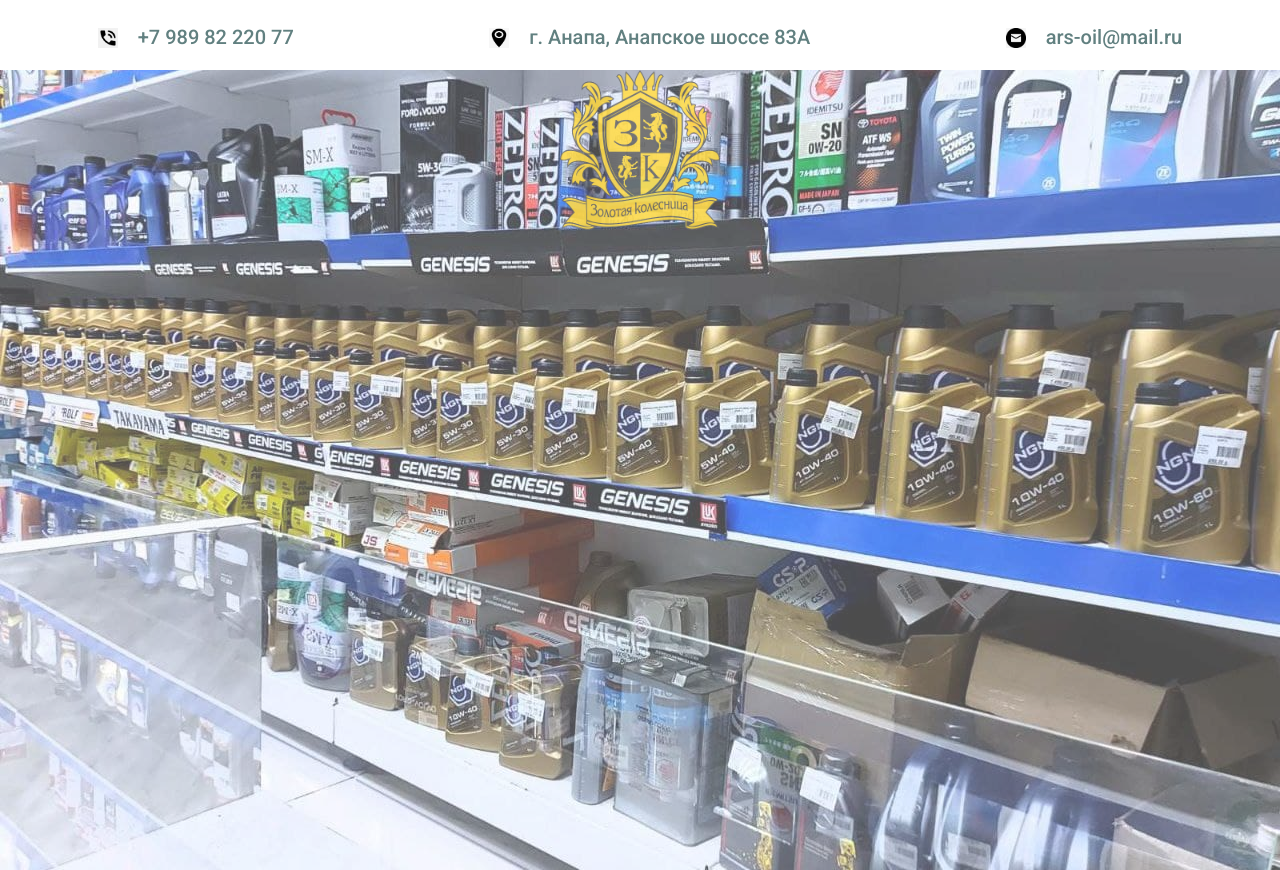
Repository: Vahe4836/new-project--Vahe
Page: /
An editor plug-in stored every save of this project. The page is shown before and after the next save, followed by the edit.
The browser window is 1280 px wide. The pictures show the whole page.
The project was rebuilt for these pictures with package versions that can differ from the ones it lists, and the page was loaded fresh each time.

Above is the page before, as saved 2022-02-25 14:52:35.

### public/index.html
<!DOCTYPE html>
<html lang="en">
  <head>
    <meta charset="utf-8" />
    <link rel="icon" href="%PUBLIC_URL%/favicon.ico" />
    <meta name="viewport" content="width=device-width, initial-scale=1" />
    <meta name="theme-color" content="#000000" />
    <meta
      name="description"
      content="Web site created using create-react-app"
    />
    <link rel="apple-touch-icon" href="%PUBLIC_URL%/logo192.png" />
    <!--
      manifest.json provides metadata used when your web app is installed on a
      user's mobile device or desktop. See https://developers.google.com/web/fundamentals/web-app-manifest/
    -->
    <link rel="manifest" href="%PUBLIC_URL%/manifest.json" />
    <!--
      Notice the use of %PUBLIC_URL% in the tags above.
      It will be replaced with the URL of the `public` folder during the build.
      Only files inside the `public` folder can be referenced from the HTML.

      Unlike "/favicon.ico" or "favicon.ico", "%PUBLIC_URL%/favicon.ico" will
      work correctly both with client-side routing and a non-root public URL.
      Learn how to configure a non-root public URL by running `npm run build`.
    -->
    <title>Золотая колесница</title>
  </head>
  <body>
    <noscript>You need to enable JavaScript to run this app.</noscript>
    <div id="root"></div>
    <!--
      This HTML file is a template.
      If you open it directly in the browser, you will see an empty page.

      You can add webfonts, meta tags, or analytics to this file.
      The build step will place the bundled scripts into the <body> tag.

      To begin the development, run `npm start` or `yarn start`.
      To create a production bundle, use `npm run build` or `yarn build`.
    -->
  </body>
</html>

### src/App.js
import React from 'react';
import './App.css';
import Header from './Layouts/Header/Header';

function App() {
  return (
    <Header />
  )

}

export default App;

### src/Layouts/Header/Header.jsx
import React from "react";
import style from "./Header.module.scss";
import geo from "../../Images/Geo.png";
import mail from "../../Images/mail.jpg";
import tel from "../../Images/Tel.png";
import logo from "../../Images/logo.png";

export default function Header() {
  return (
    <>
      <div className={style.adressbox}>
        <ul>
          <li>
            {" "}
            <img src={tel} width={20} height={20} alt="" />{" "}
            <p>+7 989 82 220 77</p>{" "}
          </li>
          <li>
            {" "}
            <img src={geo} width={20} height={20} alt="" />{" "}
            <p>г. Анапа, Анапское шоссе 83А</p>{" "}
          </li>
          <li>
            {" "}
            <img src={mail} width={20} height={20} alt="" />{" "}
            <p>ars-oil@mail.ru</p>{" "}
          </li>
        </ul>
      </div>
      <div className={style.Main}>
        <div className={style.logo}>
          <img src={logo} width={160} height={160} alt="" />
        </div>
      </div>
    </>
  );
}

### src/Layouts/Header/Header.module.scss
@import url('https://fonts.googleapis.com/css2?family=Roboto:wght@400;500&display=swap');

$ffamily:  'Roboto', sans-serif;

*{
    font-family: $ffamily;
}
.Main{
    width: 100%;
    min-height: 800px;
    background-image: url("../../Images/background.jpg");
    background-position: center;
    background-repeat: no-repeat;
    background-size: cover;
    opacity: 0.7;
}
.adressbox{
    width: 100%;
    height: 70px;


    >ul{
        display: flex;
        justify-content: space-around;
        padding-top: 25px;
        >li{
            list-style: none;
            display: flex;

            >img{
                margin-top: 3px;
            }

            >p{
                margin-left: 20px;
                color: rgb(97, 128, 128);
                font-size: 20px;
                font-weight: 500;

            }
        }
    }
}

.logo{
    display: flex;
    justify-content: center;
    opacity: 0.9 !important;

}

Loaded but not shown: src/index.js (common file); src/index.css (common file); src/reportWebVitals.js (common file); src/App.css (common file)

After the next save:
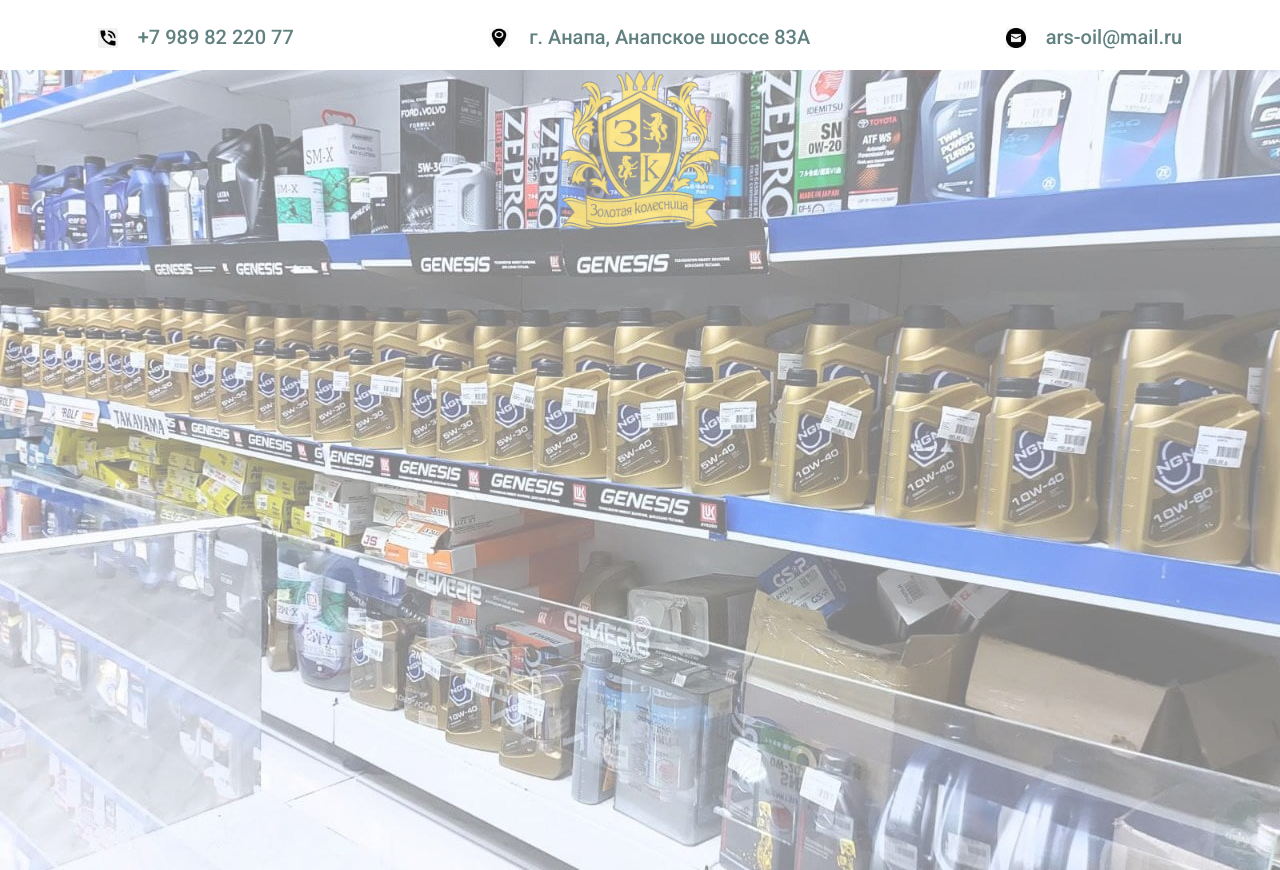
Saved 8 s later.
--- a/src/Layouts/Header/Header.module.scss
+++ b/src/Layouts/Header/Header.module.scss
@@ -12,7 +12,7 @@
     background-position: center;
     background-repeat: no-repeat;
     background-size: cover;
-    opacity: 0.7;
+    opacity: 0.5;
 }
 .adressbox{
     width: 100%;
